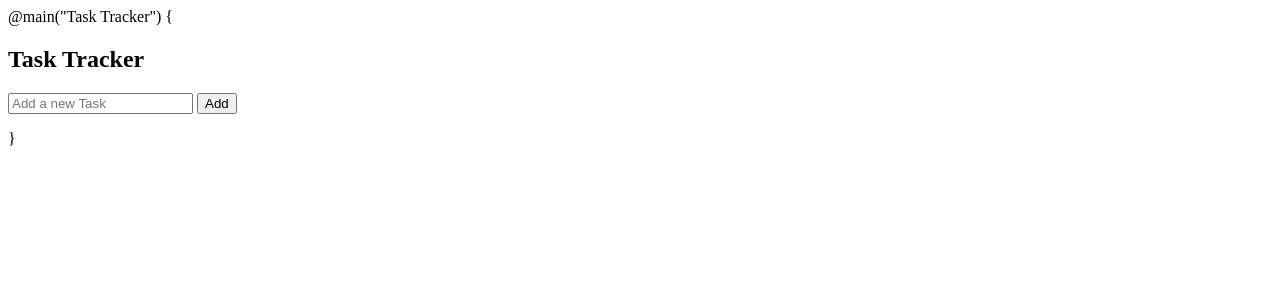
Repository: JohnSchoolProjects/LearningPlay
Page: Samples/Chapter1/SampleApp/just-play-scala/app/views/index.scala.html
These files come from the project's save history. The page is drawn as it stood at one moment and after the next save; the edit follows.
The browser window is 1280 px wide. The pictures show the whole page.

Above is the page before, as saved 2016-04-30 19:37:41.

### Samples/Chapter1/SampleApp/just-play-scala/app/views/index.scala.html
@main("Task Tracker") {

	<h2>Task Tracker</h2>

	<div>
		<form>
			<input type="text" name="taskName" placeholder = "Add a new Task" required>
			<input type="submit" value="Add">
		</form>

	</div>
}

After the next save:
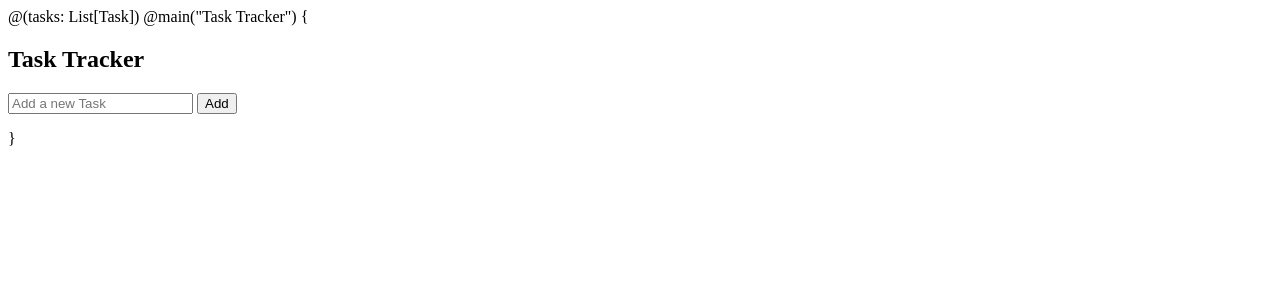
Saved 10 min 3 s later.
--- a/Samples/Chapter1/SampleApp/just-play-scala/app/views/index.scala.html
+++ b/Samples/Chapter1/SampleApp/just-play-scala/app/views/index.scala.html
@@ -1,3 +1,5 @@
+@(tasks: List[Task])
+
 @main("Task Tracker") {
 
 	<h2>Task Tracker</h2>
